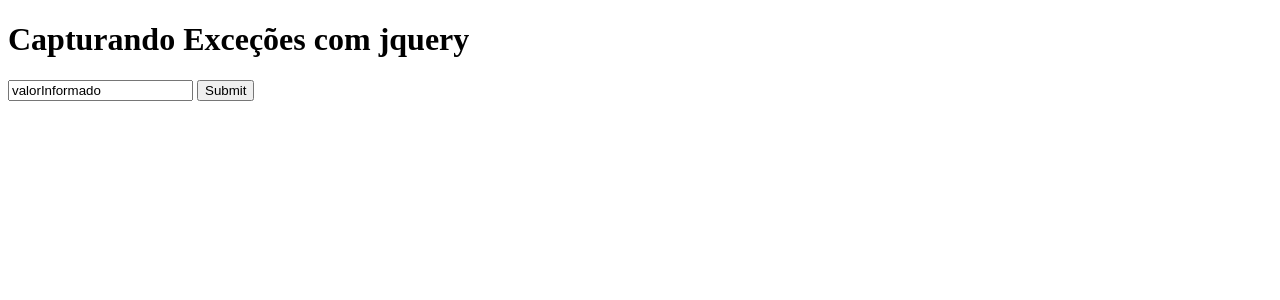
Repository: VictorGOrellana/RecursosJava
Page: http://localhost/curso.edu/pages/capturarExcecoes.jsp
These files come from the project's save history. The page is drawn as it stood at one moment and after the next save; the edit follows.
The browser window is 1280 px wide. The pictures show the whole page.
The page is served by Tomcat 9.

Above is the page before, as saved 2019-07-23 14:37:14.

After the next save:
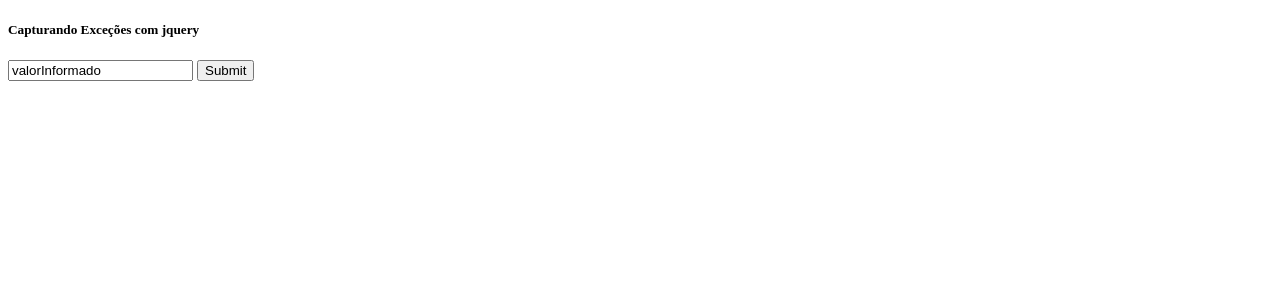
Saved 40 s later.
--- a/curso.edu/WebContent/pages/capturarExcecoes.jsp
+++ b/curso.edu/WebContent/pages/capturarExcecoes.jsp
@@ -9,7 +9,7 @@
 <script type="text/javascript" src ="https://code.jquery.com/jquery-3.4.1.min.js"></script>
 <body>
 
-	<h1>Capturando Exceções com jquery</h1>
+	<h5>Capturando Exceções com jquery</h5>
 
 	<input type="text" value = "valorInformado" id="txt_valor">
 	<input type="button" onclick = "testeJQuery();" value = "Submit">
